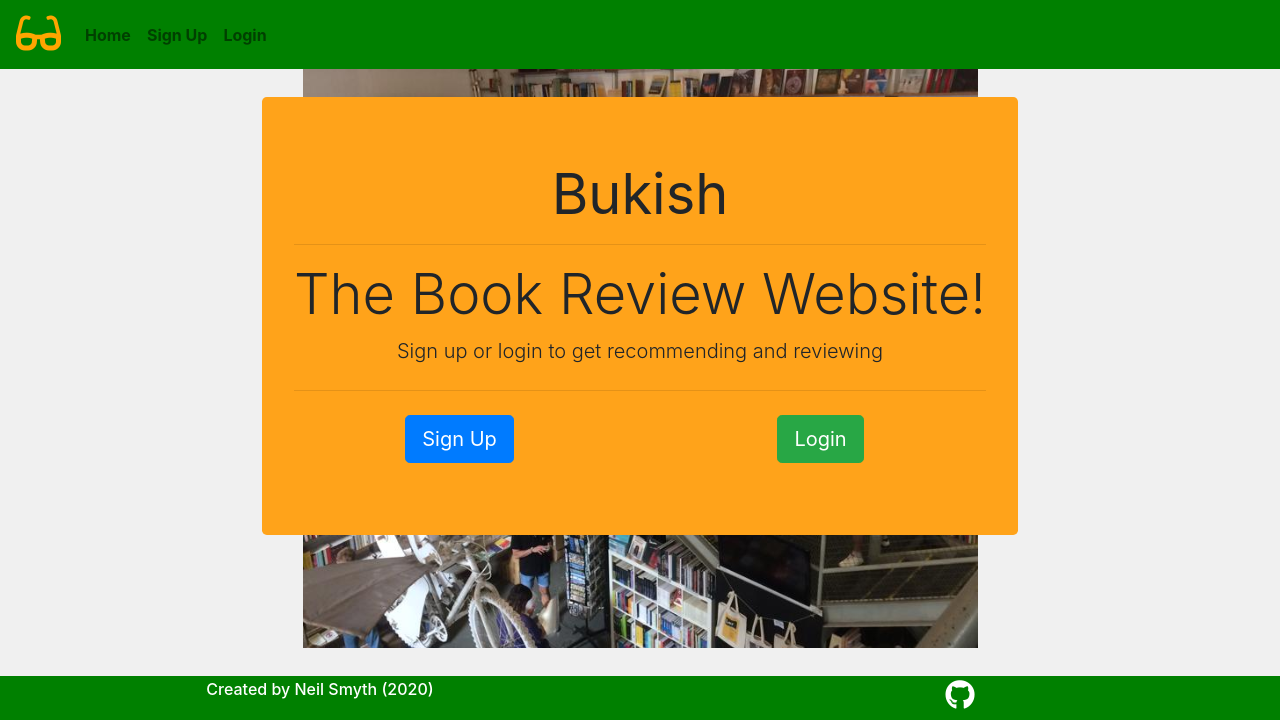
Repository: NeiloErnesto89/Data_Centric_Dev_Milestone_Project3
Page: templates/index.html
The author's editor kept a record of every edit. The page is drawn from the files as they stood at one moment, then again after the next edit.
The browser window is 1280 px wide. The pictures show the whole page.
Some web libraries are served in a nearby version. The template is drawn by Flask 3. The application's start-up code is not run. Other server files are loaded and not shown. The template is opened directly, without the code that normally fills it, so the values that code supplies are empty.

Above is the page before.

### templates/index.html
{% extends "base.html"%} {% block content %}

<div class="cover-container1">
    <div class="container-fluid">
        <div class="row">
            <div class="jumbotron mt-3">
                <h1 class="display-4 text-center"><b>Bukish</b></h1>
                <hr>
                <h5 class="display-4 text-center">The Book Review Website!</h5>
                <p class="lead text-center">Sign up or login to get recommending and reviewing</p>
                <hr class="my-4">
                <div class="row">
                    <div class="col-sm-6">
                        <div class="text-center">
                            <a class="btn btn-primary btn-lg mb-2 " href="{{ url_for('signup') }}" role="button">Sign Up</a>
                        </div>
                    </div>
                    <div class="col-sm-6">
                        <div class="text-center">
                            <a class="btn btn-success btn-lg" href="{{ url_for('login') }}" role="button">Login</a>
                        </div>
                    </div>
                </div>
            </div>

        </div>
    </div>

    <!--Modal Popup -->

    <div class="modal fade" id="modalPopUp" tabindex="-1" role="dialog" aria-labelledby="popUpModalLabel" aria-hidden="true">
        <div class="modal-dialog" role="document">
            <div class="modal-content">
                <div class="modal-header">
                    <h5 class="modal-title flashes" id="modalPopUpLabel">
                        {% with messages = get_flashed_messages() %} {% if messages %} {% for message in messages %}
                        <font size="6"><strong>{{ message }}</strong></font>
                        <div class="div"><a class="btn btn-success btn-sm" href="{{ url_for('login') }}" role="button">Log Back In</a></div>
                        {% endfor %} {% else %}
                        <p class="text-center" size="6"><strong> Welcome to Bukish</strong></p>

                        <div class="modal-body"><i>{{ random_quote }}</i>

                        </div>
                        {% endif %} {% endwith %}
                    </h5>
                    <button type="button" class="close" data-dismiss="modal" aria-label="Close">
          <span aria-hidden="true">&times;</span>
        </button>
                </div>
                <div class="modal-footer">
                    <span class="d-inline-block" tabindex="0" data-toggle="tooltip" title="Wherever you see this icon, just hover over it to find out more information">
                  <button class="btn btn-sm mini-button" style="pointer-events: none; font-size:20px;color:green;" type="button" disabled><i class="fas fa-info" style=""></i></button>
                </span>
                    <button type="button" class="btn btn-warning" data-dismiss="modal">Close</button>

                </div>
            </div>
        </div>
    </div>
    <!--Modal Popup -->
</div>
{% endblock %}

### templates/base.html
<!DOCTYPE html>
<html lang="en">

<head>
    <meta charset="UTF-8">
    <meta name="viewport" content="width=device-width, initial-scale=1.0">
    <meta http-equiv="X-UA-Compatible" content="ie=edge">

    <title>Book Reviews</title>

    <!-- Bootstrap -->
    <link rel="stylesheet" href="https://stackpath.bootstrapcdn.com/bootstrap/4.3.1/css/bootstrap.min.css" integrity="sha384-ggOyR0iXCbMQv3Xipma34MD+dH/1fQ784/j6cY/iJTQUOhcWr7x9JvoRxT2MZw1T" crossorigin="anonymous">

    <!-- Google Font-->

    <link href="https://fonts.googleapis.com/css?family=Montserrat:400,700" rel="stylesheet">

    <!-- Font Awesome-->

    <link rel="stylesheet" href="https://use.fontawesome.com/releases/v5.7.2/css/all.css" integrity="sha384-fnmOCqbTlWIlj8LyTjo7mOUStjsKC4pOpQbqyi7RrhN7udi9RwhKkMHpvLbHG9Sr" crossorigin="anonymous">

    <link rel="stylesheet" href="https://cdnjs.cloudflare.com/ajax/libs/font-awesome/4.7.0/css/font-awesome.min.css">

    <!-- CSS -->

    <link rel="stylesheet" href="{{url_for('static', filename='css/style.css')}}" type="text/css" />


</head>

<body>

<div class="cover-container d-flex mx-auto flex-column">

            <!--NavBar with Burger Icon-->
        {% block navbar %}
        <header class="nav-container">
            <nav class="navbar navbar-expand-lg navbar-light mb-1 text-center fixed-top">
                <a class="navbar-brand" href="{{ url_for('index') }}" data-target="#modalPopUp" data-toggle="modal"><i class="fas fa-glasses" style="font-size:40px;color:orange;"></i></a>
                <button class="navbar-toggler" type="button" data-toggle="collapse" data-target="#navbarTogglerDemo02" aria-controls="navbarTogglerDemo02" aria-expanded="false" aria-label="Toggle navigation">
                                <span class="navbar-toggler-icon"></span>
                              </button>
                <div class="collapse navbar-collapse" id="navbarTogglerDemo02">
                    <ul class="navbar-nav mr-auto mt-0 mt-lg-0">


                        <li class="nav-item">
                            <a class="nav-link" href="{{ url_for('index') }}"><b>Home</b></a>
                        </li>
                        <li class="nav-item">
                            <a class="nav-link" href="{{ url_for('signup') }}"><b>Sign Up</b></a>
                        </li>
                        <li class="nav-item">
                            <a class="nav-link" href="{{ url_for('login') }}"><b>Login</b></a>
                        </li>

                    </ul>
                </div>
            </nav>
        </header>
        {% endblock navbar %}


					<div id="messages">
						{% with messages = get_flashed_messages() %}
						{% if messages %}
						{% for message in messages %}
						<p class="text-center">{{ message }}</p>
						{% endfor %}
						{% endif %}
						{% endwith %}
					</div>

        <hr>

    <div class="container mt-5 mb-5">
            {% block content %}
            {% endblock %}
    </div>

    <hr>

        <!--FOOTER -->

        <div class="footer container-fluid">
            <div class="row justify-content-center">
                <div class="text-center col-xs-12 col-sm-6 mt-1 mb-2">

                    <h6>Created by Neil Smyth (2020)</h6>

                </div>
                <div class="text-center col-xs-12 col-sm-6 mt-1 mb-2">

                    <a href="https://github.com/NeiloErnesto89" target="_blank "><i class="fab fa-github" style="font-size:30px; color:white; "></i></a>

                </div>
            </div>
        </div> <!-- footer container-->

</div>    <!--Cover Container -->

    <!-- JQuery -->
    <script src="https://cdnjs.cloudflare.com/ajax/libs/jquery/3.2.1/jquery.min.js"></script>

    <!-- Bootstrap JS-->

    <script src="https://code.jquery.com/jquery-3.3.1.slim.min.js" integrity="sha384-q8i/X+965DzO0rT7abK41JStQIAqVgRVzpbzo5smXKp4YfRvH+8abtTE1Pi6jizo" crossorigin="anonymous"></script>
    <script src="https://cdnjs.cloudflare.com/ajax/libs/popper.js/1.14.7/umd/popper.min.js" integrity="sha384-UO2eT0CpHqdSJQ6hJty5KVphtPhzWj9WO1clHTMGa3JDZwrnQq4sF86dIHNDz0W1" crossorigin="anonymous"></script>
    <script src="https://stackpath.bootstrapcdn.com/bootstrap/4.3.1/js/bootstrap.min.js" integrity="sha384-JjSmVgyd0p3pXB1rRibZUAYoIIy6OrQ6VrjIEaFf/nJGzIxFDsf4x0xIM+B07jRM" crossorigin="anonymous"></script>

    <!-- JS File -->

    <script src="{{url_for('static', filename='js/script.js')}}"></script>


    <!--  <script type="text/javascript">
        $(document).ready(function() {
            $('.collapsible').collapsible();
        });
    </script>  -->
</body>

</html>

### static/css/style.css
body {
  background-color: #F0F0F0;
  display: flex;
  /* margin: 0; */
}

.cover-container {

  background: url("../images/libs.jpg") no-repeat center center fixed;


}

/*.cover-container {
  min-height: 100vh;
  padding-top: 70px;
  background-size: cover;
  align-items: center;
  justify-content: center;
  position: relative;
  overflow-x: hidden;
*/

/*.nav-container {
    position: fixed;
    width: 100%;
    z-index: 1;
    top: 0;
    left: 0;
    padding-left: 0;
    padding-right: 0;
    margin-left: 0;
    margin-right: 0;
  } */

.navbar {
  background-color: green;
}

.jumbotron {
  background-color: #ffa31a;
  margin-right: 3rem;
  margin-left: 3rem;
}

/* Paginate Button on All Reviews.html (taken from w3 schools*/

.paginate {
  display: inline-block;
}

.paginate a {
  color: black;
  float: left;
  padding: 8px 16px;
  text-decoration: none;
  margin: 15px;
}

.paginate a.active {
  background-color: #4CAF50;
  color: white;
  border-radius: 5px;
}

.paginate a:hover:not(.active) {
  background-color: #ddd;
  border-radius: 5px;
}

/* all_reviews.html - book review cards*/

.card {
  margin: 5px;
  box-shadow: 0 4px 8px 0 rgba(0, 0, 0, 0.2)
  /*border: 8px solid rgb(5, 187, 5);
  border-radius: 3rem; */
}

/* Card Image */

.book_image {
  background-color: white;
  box-shadow: 0 4px 8px 0 rgba(0, 0, 0, 0.2), 0 6px 20px 0 rgba(0, 0, 0, 0.19);
  max-width: 100%;
  height: 28rem;

}

/*
  .card-img-top {
    width: 100%;
    height: 15vw;
    object-fit: cover;
}
  */

/* MODAL */

.modal {
  color: black;
  background-color: rgb(204, 255, 204, 0.8);
}

.modal-header {

  background-color: rgb(204, 255, 204);
  opacity: 0.8;

}

.modal-title {
  font-size: 34px;
  font-weight: bold;
  text-align: center;
  /*margin-left: 45px; */
  padding: 5px;
  /*text-decoration: underline;*/
}


.modal-body {
  font-size: 15px;
  font-weight: bold;
  color: white;
  background-color: rgb(0, 153, 51);
  opacity: 0.8;
  text-align: center;
}

.modal-footer {
  background-color: rgb(204, 255, 204);
  opacity: 0.8;
}

.modal-header .close {
  margin: -10px;
}

/*

#logout_button {
  color: #3d7a59;
  font-weight: 700;
  font-size: 17px;
  margin: 5px;
  padding: 5px;
  position: fixed;
  bottom: 7px;
  right: 2px;
  z-index: 1;
  opacity: 0.9;
} */

.footer {
  position: fixed;
  left: 0;
  bottom: 0;
  width: 100%;
  background-color: green;
  color: white;
  text-align: center;
}

### static/js/script.js
/*$(document).ready(function() {

    $('#popUpModal').modal('show');
}); */

$(function () {
  $('[data-toggle="tooltip"]').tooltip()
})

After the next edit:
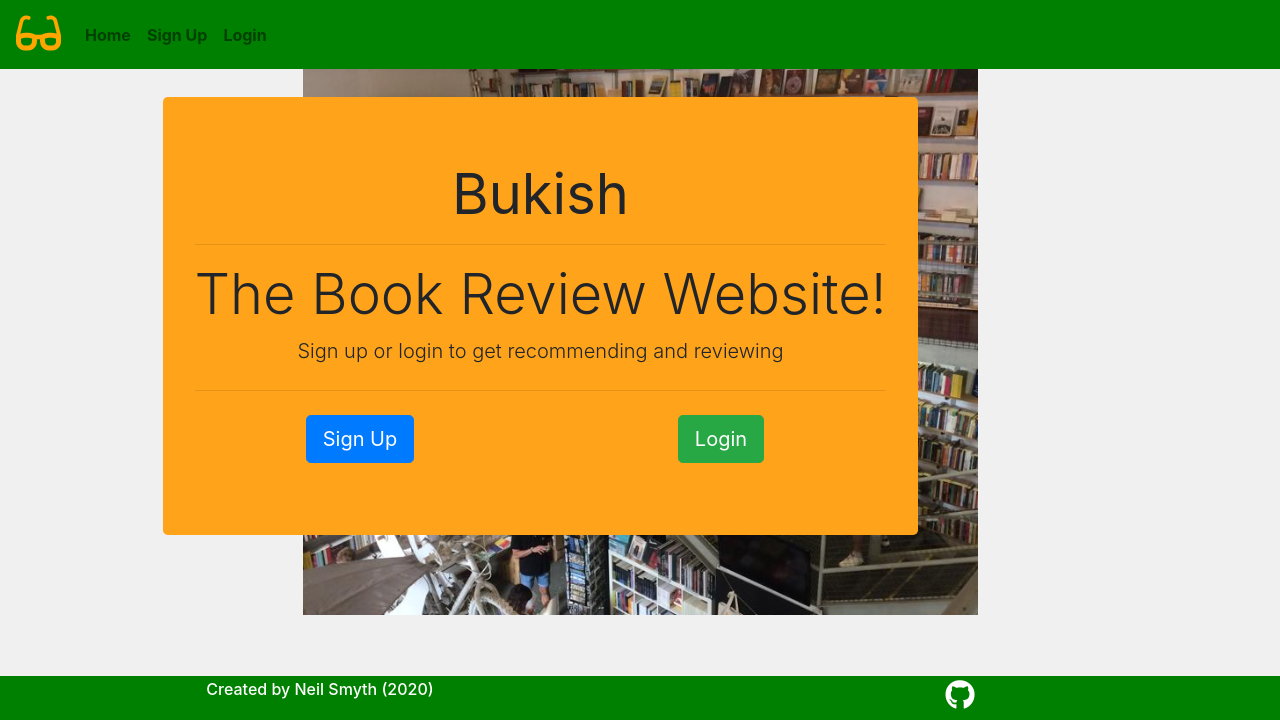
The edit:
--- a/templates/index.html
+++ b/templates/index.html
@@ -1,6 +1,6 @@
 {% extends "base.html"%} {% block content %}
 
-<div class="cover-container1">
+
     <div class="container-fluid">
         <div class="row">
             <div class="jumbotron mt-3">

After the edit that followed:
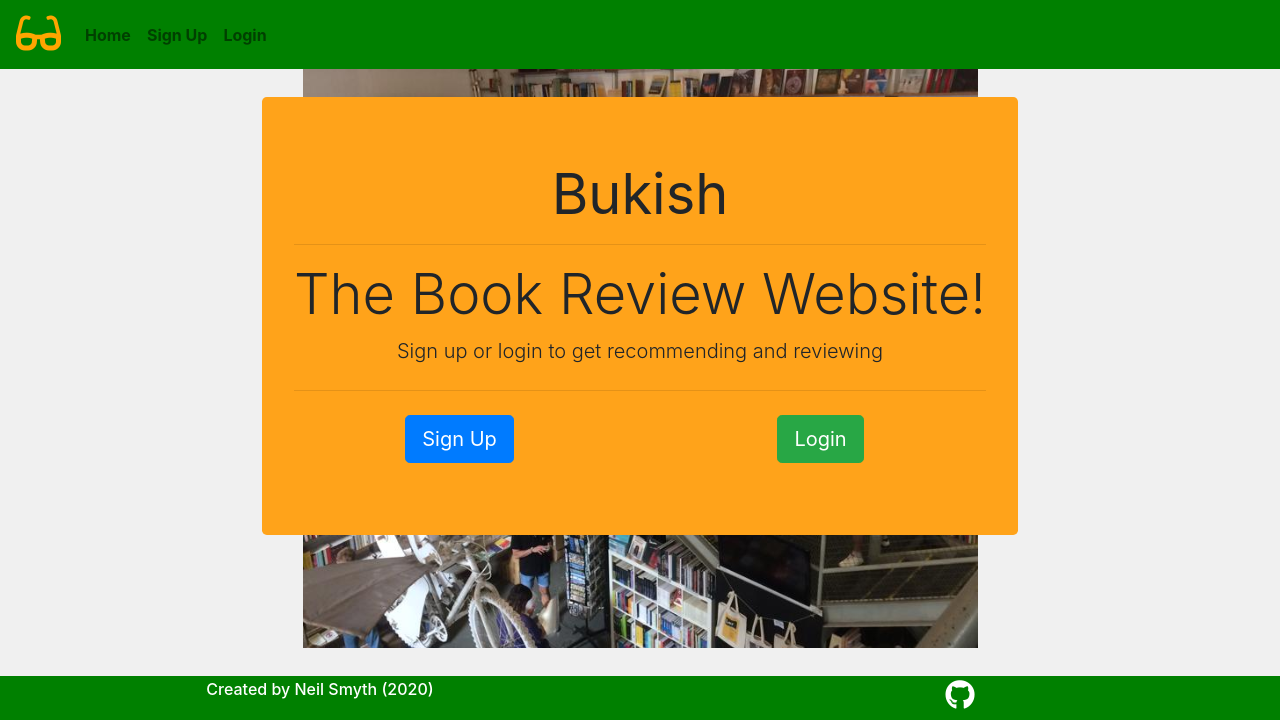
The edit:
--- a/templates/index.html
+++ b/templates/index.html
@@ -59,5 +59,5 @@
         </div>
     </div>
     <!--Modal Popup -->
-</div>
+
 {% endblock %}
